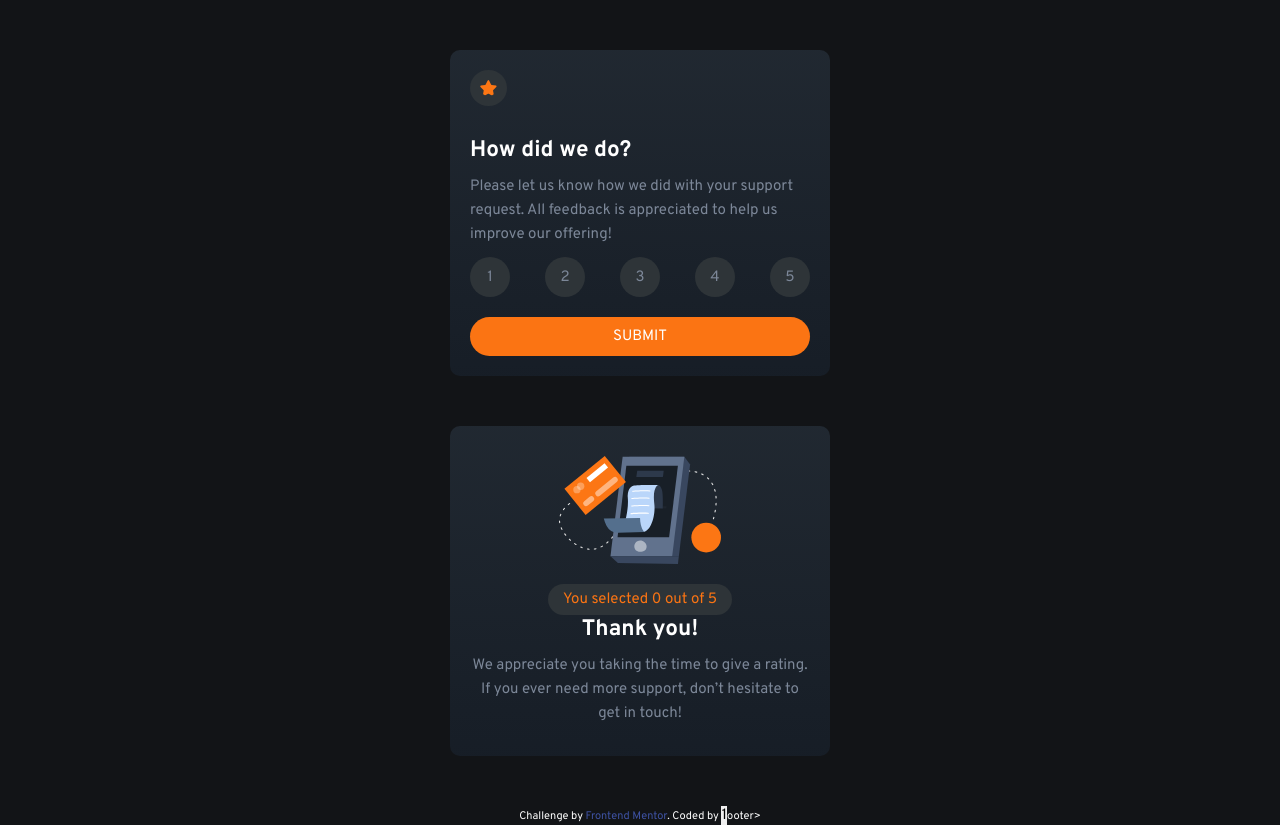
Repository: huynhnhutanhduy/interactive-rating-component
Page: index.html
These files come from the project's save history. The page is drawn as it stood at one moment and after the next save; the edit follows.
The browser window is 1280 px wide. The pictures show the whole page.

Above is the page before, as saved 2022-10-19 10:44:02.

### index.html
<!DOCTYPE html>
<html lang="en">
  <head>
    <meta charset="UTF-8" />
    <meta name="viewport" content="width=device-width, initial-scale=1.0" />
    <!-- displays site properly based on user's device -->
    <link rel="icon" type="image/png" sizes="32x32" href="./images/favicon-32x32.png" />
    <title>Frontend Mentor | Interactive rating component</title>
    <link rel="preconnect" href="https://fonts.googleapis.com" />
    <link rel="preconnect" href="https://fonts.gstatic.com" crossorigin />
    <link
      href="https://fonts.googleapis.com/css2?family=Overpass:wght@400;700&display=swap"
      rel="stylesheet"
    />
    <link rel="stylesheet" href="./app.css" />
  </head>
  <body>
    <main>
      <!-- Rating state start -->
      <article class="rating-container">
        <img src="./images/icon-star.svg" alt="icon-star" class="rating-star" />
        <h2 class="rating-title">How did we do?</h2>
        <p class="rating-desc">
          Please let us know how we did with your support request. All feedback is appreciated
          to help us improve our offering!
        </p>
        <ul class="rating-list">
          <li><button class="rating-item">1</button></li>
          <li><button class="rating-item">2</button></li>
          <li><button class="rating-item">3</button></li>
          <li><button class="rating-item">4</button></li>
          <li><button class="rating-item">5</button></li>
        </ul>
        <button type="submit" class="rating-submit">Submit</button>
      </article>
      <!-- Rating state end -->

      <!-- Thank you state start -->
      <article class="rating-container thank-you">
        <img src="./images/illustration-thank-you.svg" alt="thank you picture" class="rating-thank">
        <p class="rating-result">You selected <span>0</span> out of 5</p>
        <!-- Add rating here -->
        <h2 class="rating-title thank-you">Thank you!</h2>
        <p class="rating-desc thank-you">
          We appreciate you taking the time to give a rating. If you ever need more support,
          don’t hesitate to get in touch!
        </p>
        <!-- Thank you state end -->
      </article>
    </main>

    <footer class="attribution">
      Challenge by
      <a href="https://www.frontendmentor.io?ref=challenge" target="_blank">Frontend Mentor</a
      >. Coded by <button class="btn">1</button>ooter>

    <script src="./app.js"></script>
  </body>
</html>

### app.css
:root {
  --primary: hsl(25, 97%, 53%);
  --white: hsl(0, 0%, 100%);
  --light-grey: hsl(217, 12%, 63%);
  --medium-grey: hsl(216, 12%, 54%);
  --dark-blue: hsl(213, 19%, 18%);
  --very-dark-blue: hsl(216, 12%, 8%);
}
* {
  margin: 0;
  padding: 0;
  border: 0;
}
*,
*::before,
*::after,
html {
  box-sizing: border-box;
}
html {
  font-size: 62.5%;
}
body {
  font-size: 1.5rem;
  font-family: "Overpass", sans-serif;
  font-weight: normal;
  background-color: var(--very-dark-blue);
  color: var(--white);
}
a {
  text-decoration: none;
}
img {
  display: block;
  max-width: 100%;
}
button {
  outline: none;
  font-size: 1.5rem;
  font-family: "Overpass", sans-serif;
  font-weight: 400;
  cursor: pointer;
}

.attribution {
  font-size: 11px;
  text-align: center;
}
.attribution a {
  color: hsl(228, 45%, 44%);
}

.rating-container {
  max-width: 38rem;
  background-image: linear-gradient(to top, hsl(214, 26%, 12%), hsl(212, 20%, 16%));
  color: var(--white);
  padding: 2rem;
  border-radius: 1rem;
  margin: 5rem auto;
}
.rating-star {
  background-color: hsl(205, 10%, 20%);
  margin-bottom: 3rem;
  border-radius: 50%;
  padding: 1rem;
}
.rating-title,
.rating-desc {
  margin-bottom: 1rem;
}
.rating-desc,
.rating-item {
  color: var(--medium-grey);
}
.rating-desc {
  line-height: 1.6;
}
.rating-list {
  display: flex;
  justify-content: space-between;
  align-items: center;
  margin-bottom: 2rem;
}
.rating-list li {
  list-style: none;
}
.rating-item {
  border-radius: 50%;
  width: 4rem;
  height: 4rem;
  background-color: hsl(205, 10%, 20%);
}
.rating-submit {
  width: 100%;
  padding: 1rem;
  background-color: var(--primary);
  color: var(--white);
  border-radius: 2rem;
  text-transform: uppercase;
}
.thank-you {
  text-align: center;
}
.rating-thank {
  margin: 1rem auto 2rem;
}
.rating-result {
  background-color: hsl(205, 10%, 20%);
  color: var(--primary);
  display: inline-block;
  padding: 6px 1.5rem;
  border-radius: 2rem;
}

Loaded but not shown: app.js (no stored copy; drawn as an empty file)

After the next save:
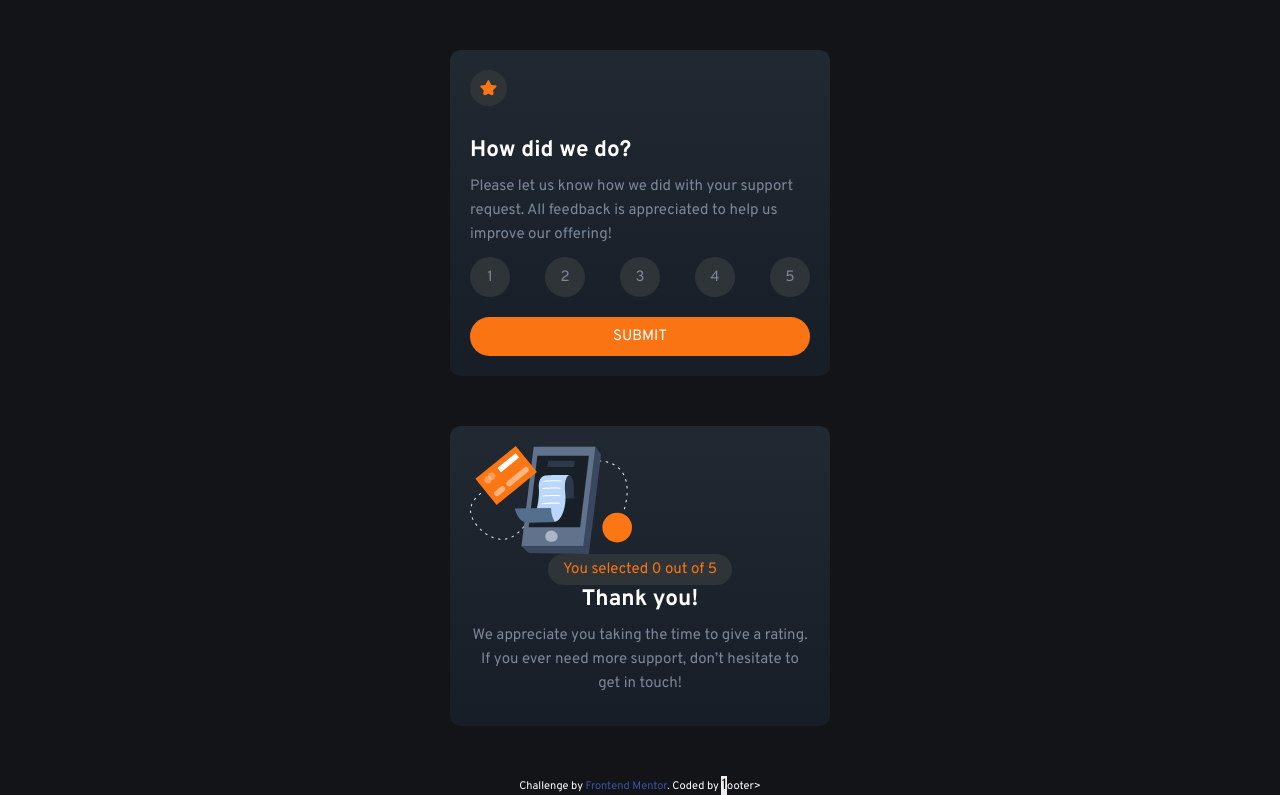
Saved 5 s later.
--- a/app.css
+++ b/app.css
@@ -102,7 +102,6 @@
   text-align: center;
 }
 .rating-thank {
-  margin: 1rem auto 2rem;
 }
 .rating-result {
   background-color: hsl(205, 10%, 20%);

After the save that followed:
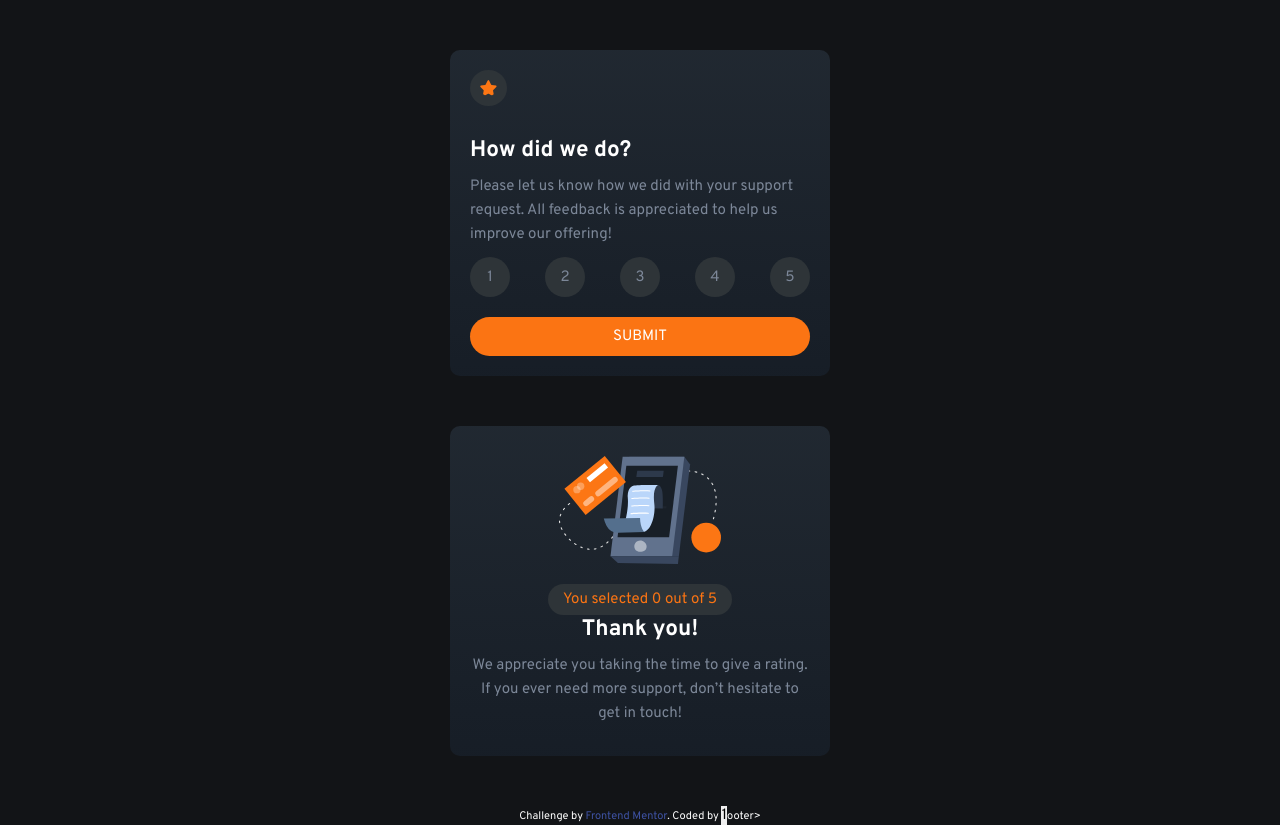
Saved 4 s later.
--- a/app.css
+++ b/app.css
@@ -102,6 +102,7 @@
   text-align: center;
 }
 .rating-thank {
+  margin: 1rem auto 2rem;
 }
 .rating-result {
   background-color: hsl(205, 10%, 20%);
